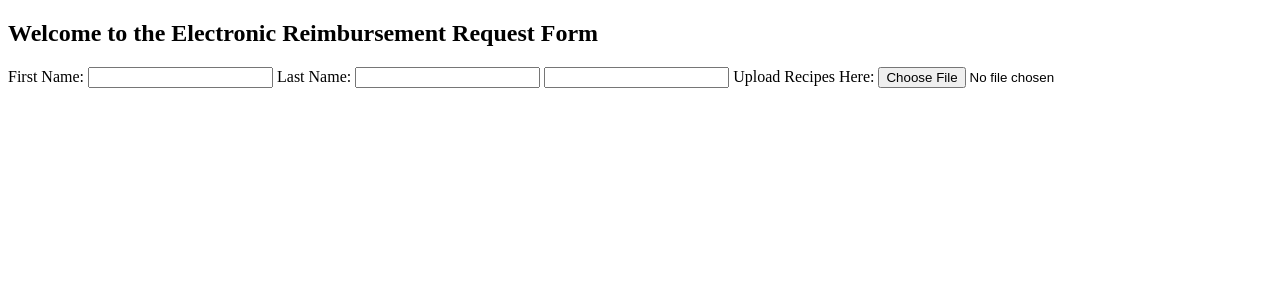
Repository: lharrill01/july_11_current_projects
Page: gres/src/main/java/gres/model/errfwelcome.html
The author's editor kept a copy of each file at every save. The page is drawn from the files as they stood at one save, then again after the next save.
The browser window is 1280 px wide. The pictures show the whole page.

Above is the page before, as saved 2019-07-07 20:22:50.

After the next save:
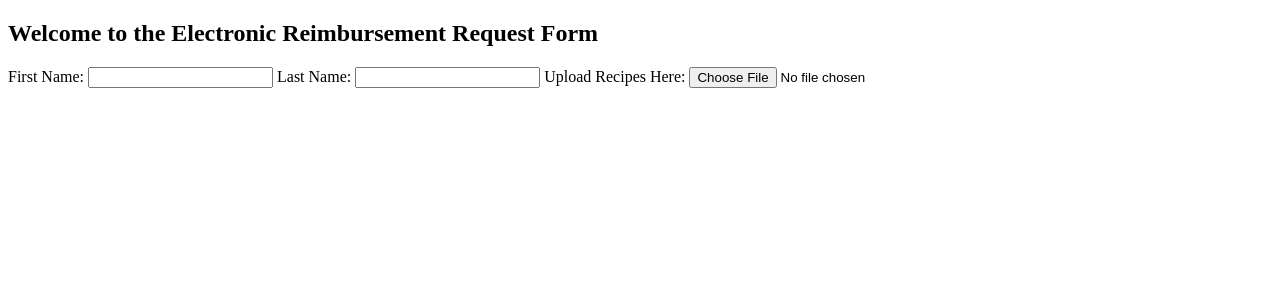
Saved 87 s later.
--- a/gres/src/main/java/gres/model/errfwelcome.html
+++ b/gres/src/main/java/gres/model/errfwelcome.html
@@ -11,9 +11,6 @@
 <label> Last Name: </label>
 <input type="text" name="lastName">
 
-<label></label>
-<input type="text" name="first name">
-
 <label> Upload Recipes Here: </label>
 <input type="file" name="reciepts" accept="image/*">
 <body>
